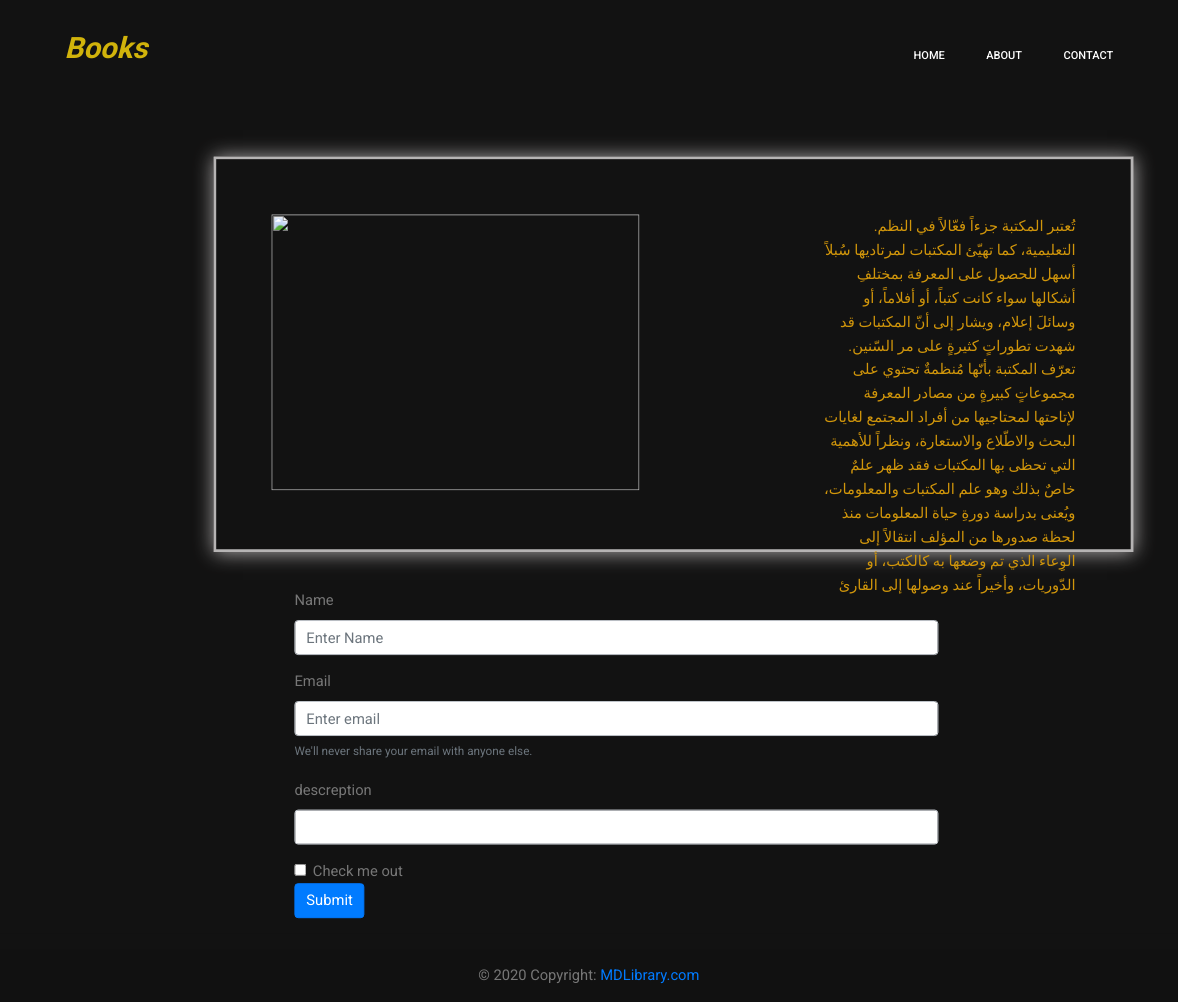
Repository: AlaaBashirSaijary/Library
Page: http://localhost/home
The author's editor kept a copy of each file at every save. The page is drawn from the files as they stood at one save, then again after the next save.
The browser window is 1280 px wide. The pictures show the whole page, at 92% of full size.
Some web fonts or font styles are not loaded; a fallback is used. The page is served by the project's Laravel application, run on PHP 8.4 with Laravel 10. Other server files are loaded and not shown.

Above is the page before, as saved 2023-12-26 11:17:16.

### routes/web.php
<?php

use Illuminate\Support\Facades\Route;
use App\Http\Controllers\CategoryController;
/*
|--------------------------------------------------------------------------
| Web Routes
|--------------------------------------------------------------------------
|
| Here is where you can register web routes for your application. These
| routes are loaded by the RouteServiceProvider and all of them will
| be assigned to the "web" middleware group. Make something great!
|
*/

Route::get('/', function () {
    return view('welcome');
});
Route::get('/home', function () {
    return view('pages.home');
});


Route::get(
    '/cat',
    [CategoryController::class, 'index']
);

### resources/views/pages/home.blade.php
@extends("master.app")

@section("content")
<br><br><br><br><br>
<section style=" padding: 40px; margin-left: 15%; " >
    <div style="border: rgb(182, 180, 180) solid; width: 1000px; height: 430px; display: flex; padding: 60px;  box-shadow: 1px 1px 20px rgb(171, 168, 168);">
      <img src="/Responsive-Portfolio-master/img/janko-ferlic-sfL_QOnmy00-unsplash.jpg" alt=""  height = "300px" width="400px" >
       <div style="height: 200px; width: 300px; margin-left: 200px; text-align: right;">
          <p style="color: rgb(209, 150, 11);" >.تُعتبر المكتبة جزءاً فعّالاً في النظم التعليمية، كما تهيّئ المكتبات لمرتاديها سُبلاً أسهل للحصول على المعرفة بمختلفِ أشكالها سواء كانت كتباً، أو أفلاماً، أو وسائلَ إعلام، ويشار إلى أنّ المكتبات قد شهدت تطوراتٍ كثيرةٍ على مر السّنين. تعرّف المكتبة بأنّها مُنظمةٌ تحتوي على مجموعاتٍ كبيرةٍ من مصادر المعرفة لإتاحتها لمحتاجيها من أفراد المجتمع لغايات البحث والاطّلاع والاستعارة، ونظراً للأهمية التي تحظى بها المكتبات فقد ظهر علمٌ خاصٌ بذلك وهو علم المكتبات والمعلومات، ويُعنى بدراسة دورةِ حياة المعلومات منذ لحظة صدورها من المؤلف انتقالاً إلى الوِعاء الذي تم وضعها به كالكتب، أو الدّوريات، وأخيراً عند وصولها إلى القارئ</p>

        </div>
    </div>
</section>


<!--================Testimonials Area =================-->

<!--================End Testimonials Area =================-->

<div id="b"></div>
<form style="width: 700px; margin-left: 25%;">

    <div class="form-group">
      <label for="exampleInputPassword1">Name</label>
      <input type="text" class="form-control" id="exampleInputPassword1" placeholder="Enter Name">
    </div>
    <div class="form-group">
        <label for="exampleInputEmail1">Email</label>
        <input type="email" class="form-control" id="exampleInputEmail1" aria-describedby="emailHelp" placeholder="Enter email">
        <small id="emailHelp" class="form-text text-muted">We'll never share your email with anyone else.</small>
      </div>
      <div class="form-group">
        <label for="exampleInputPassword1">descreption</label>
        <input type="text" class="form-control" id="exampleInputPassword1" placeholder="">
      </div>
    <div class="form-check">
      <input type="checkbox" class="form-check-input" id="exampleCheck1">
      <label class="form-check-label" for="exampleCheck1">Check me out</label>
    </div>

    <button type="submit" class="btn btn-primary">Submit</button>
  </form>


<hr>

@endsection

### resources/views/master/app.blade.php
<!doctype html>
<html lang="en">
    <head>


		<!-- Global site tag (gtag.js) - Google Analytics -->
	<script async src="https://www.googletagmanager.com/gtag/js?id=UA-171620673-1"></script>
	<script>
 	 window.dataLayer = window.dataLayer || [];
 	 function gtag(){dataLayer.push(arguments);}
 	 gtag('js', new Date());

 	 gtag('config', 'UA-171620673-1');
	</script>

        <!-- Required meta tags -->
        <meta charset="utf-8">
        <meta name="viewport" content="width=device-width, initial-scale=1, shrink-to-fit=no">
        <link rel="icon" href="img/favicon.png" type="image/png">
        <title>books</title>

		<meta name="description" content="Hemant Joshi A Full Stack Developer Who Loves To Build With JavaScript">
		<meta property="og:title" content="About Hemant Joshi"/>
		<meta property="og:url" content="https://hemant.codes/" />
		<meta property="og:description" content="About Hemant Joshi A Full Stack Web Developer">
		<meta property="og:image" content="/image.png"/>
		<meta property="og:type" content=”Portfolio” />

        <link rel="stylesheet" href="css/bootstrap.css">
        <link rel="stylesheet" href="vendors/linericon/style.css">
        <link rel="stylesheet" href="css/font-awesome.min.css">
        <link rel="stylesheet" href="vendors/owl-carousel/owl.carousel.min.css">
        <link rel="stylesheet" href="vendors/lightbox/simpleLightbox.css">
        <link rel="stylesheet" href="vendors/nice-select/css/nice-select.css">
        <link rel="stylesheet" href="vendors/animate-css/animate.css">
        <link rel="stylesheet" href="vendors/popup/magnific-popup.css">
        <link rel="stylesheet" href="css/style.css">
        <link rel="stylesheet" type="text/css" href="css/fonts.css">
		<link rel="stylesheet" href="css/responsive.css">

    </head>
    <body>

        <!--================Header Menu Area =================-->

        <!--================Header Menu Area =================-->


        @include("master.header")
        @yield("content")
        @include("master.footer")
		<!--================start footer =================-->


        	<!--================end footer =================-->



        <!-- Optional JavaScript -->
        <!-- jQuery first, then Popper.js, then Bootstrap JS -->
        <script src='{{ asset("js/jquery-3.3.1.min.js") }}'></script>
        <script src='{{ asset("js/popper.js") }}'></script>
        <script src='{{ asset("js/bootstrap.min.js") }}'></script>
        <script src='{{ asset("js/stellar.js") }}'></script>
        <script src='{{ asset("vendors/lightbox/simpleLightbox.min.js") }}'></script>
        <script src='{{ asset("vendors/nice-select/js/jquery.nice-select.min.js") }}'></script>
        <script src='{{ asset("vendors/isotope/imagesloaded.pkgd.min.js") }}'></script>
        <script src='{{ asset("vendors/isotope/isotope.pkgd.min.js") }}'></script>
        <script src='{{ asset("vendors/owl-carousel/owl.carousel.min.js") }}'></script>
        <script src='{{ asset("vendors/popup/jquery.magnific-popup.min.js") }}'></script>
        <!-- <script src="js/jquery.ajaxchimp.min.js"></script> -->
        <!-- <script src="vendors/counter-up/jquery.waypoints.min.js"></script>
        <script src="vendors/counter-up/jquery.counterup.min.js"></script> -->
        <!-- <script src="js/mail-script.js"></script> -->
        <script src="js/theme.js"></script>
    </body>
</html>

### resources/views/master/header.blade.php
<header class="header_area">
    <div class="main_menu">
        <nav class="navbar navbar-expand-lg navbar-light">
            <div class="container box_1620">
                <!-- Brand and toggle get grouped for better mobile display -->
                <p style="font-size:xx-large; color: rgb(209, 179, 11); font-weight: bolder;"><i>Books</i></p>
                <button class="navbar-toggler" type="button" data-toggle="collapse" data-target="#navbarSupportedContent" aria-controls="navbarSupportedContent" aria-expanded="false" aria-label="Toggle navigation">
                    <span class="icon-bar"></span>
                    <span class="icon-bar"></span>
                    <span class="icon-bar"></span>
                </button>
                <!-- Collect the nav links, forms, and other content for toggling -->
                <div class="collapse navbar-collapse offset" id="navbarSupportedContent">
                    <ul class="nav navbar-nav menu_nav ml-auto">
                        <li class="nav-item active"><a class="nav-link" href="#">Home</a></li>
                        <li class="nav-item"><a class="nav-link" href="#a">About</a></li>
                        <li class="nav-item"><a class="nav-link" href="#b">Contact</a></li>
                    </ul>
                </div>
            </div>
        </nav>
    </div>
</header>

### resources/views/master/footer.blade.php
<footer>
    <div class="text-center p-3" style="background-color: rgba(0, 0, 0, 0.05);">
        © 2020 Copyright:
        <a class="text-reset fw-bold" href="https://mdbootstrap.com/">MDLibrary.com</a>
      </div>
</footer>

### public/css/responsive.css
@media (max-width:1619px){
	/* Main Menu Area css
	============================================================================================ */
   .header_area .navbar .search {
		margin-left: 40px;
	}
	/* End Main Menu Area css
	============================================================================================ */
	.banner_area .box_1620 {
		border-radius: 0px;
	}
}
@media (max-width:1300px){
	.testimonials_area .owl-prev, .testimonials_area .owl-next {
		right: auto;
		left: 50%;
		transform: translateX(-50%);
		bottom: 25px;
		top: auto;
	}
	.testimonials_area .owl-prev{
		transform: rotate(90deg);
	}
	.testimonials_area .owl-next{
		transform: rotate(90deg);
		margin-left: -40px;
	}
}
@media (max-width:1199px){
	/* Main Menu Area css
	============================================================================================ */
	.header_area .navbar .nav .nav-item {
		margin-right: 28px;
	}
	/* End Main Menu Area css
	============================================================================================ */
	/* Home Banner Area css
	============================================================================================ */
	.home_banner_area {
		min-height: 728px;
		margin-bottom: 120px;
	}
	.home_banner_area .banner_inner {
		min-height: 650px;
	}
	.header_area .navbar .nav .nav-item.submenu ul {
		left: auto;
		right: 0px;
	}
	/* End Home Banner Area css
	============================================================================================ */
	.banner_content .media{
		display: block;
	}
	.home_banner_area .banner_content{
		max-width: 500px;
		margin: auto;
	}
	.home_banner_area .banner_inner .banner_content .media .d-flex {
		padding-right: 0px;
		display: block;
		width: 100%;
	}
	.home_banner_area .banner_inner .banner_content .media .d-flex img {
		width: 100%;
		height: 100%;
	}
	.home_banner_area .banner_inner .banner_content .media .media-body {
		margin-top: 30px;
	}
	.home_banner_area .box_1620 {
		bottom: -130px;
	}
	.profile_inner .personal_text {
		padding-left: 0px;
	}
	.home_banner_area.blog_banner .banner_inner{
		min-height: 728px;
	}
	.home_banner_area.blog_banner {
		margin-bottom: 0px;
	}
}

@media (max-width:991px){
	/* Main Menu Area css
	============================================================================================ */
    .navbar-toggler {
        border: none;
        border-radius: 0px;
        padding: 0px;
        cursor: pointer;
        margin-top: 27px;
        margin-bottom: 23px;
    }
	.header_area .navbar {
		background: #000;
	}
    .navbar-toggler[aria-expanded="false"] span:nth-child(2) {
		opacity: 1;
	}
	.navbar-toggler[aria-expanded="true"] span:nth-child(2) {
		opacity: 0;
	}
	.navbar-toggler[aria-expanded="true"] span:first-child {
		transform: rotate(-45deg);
		position: relative;
		top: 7.5px;
	}
	.navbar-toggler[aria-expanded="true"] span:last-child {
		transform: rotate(45deg);
		bottom: 6px;
		position: relative;
	}
	.navbar-toggler span{
		display: block;
		width: 25px;
		height: 3px;
		background: #fff;
		margin: auto;
		margin-bottom: 4px;
		transition: all 400ms linear;
		cursor: pointer;
	}
    .navbar .container{
        padding-left: 15px;
        padding-right: 15px;
    }
    .nav{
        padding: 0px 0px;
    }
	.header_area + section, .header_area + row, .header_area + div {
		margin-top: 117px;
	}
    .header_top .nav{
        padding: 0px;
    }
    .header_area .navbar .nav .nav-item .nav-link{
        line-height: 40px;
        margin-right: 0px;
        display: block;
		border-bottom: 1px solid #ededed33;
		border-radius: 0px;
    }
	.header_area.navbar_fixed .main_menu .navbar .nav .nav-item .nav-link {
		line-height: 40px;
	}
    .header_area .navbar .search{
        margin-left: 0px;
    }
	.header_area .navbar-collapse{
		max-height: 340px;
		overflow-y: scroll;
	}
	.header_area .navbar .nav .nav-item.submenu ul .nav-item .nav-link {
		padding: 0px 15px;
	}
	.header_area .navbar .nav .nav-item {
		margin-right: 0px;
	}
	.header_area + section, .header_area + row, .header_area + div {
		margin-top: 0px;
	}
	/* End Main Menu Area css
	============================================================================================ */
	/* Blog page Area css
	============================================================================================ */
	.categories_post img{
        width: 100%;
    }
	.categories_post {
		max-width: 360px;
		margin: 0 auto;
	}
	.blog_categorie_area .col-lg-4{
        margin-top: 30px;
    }
    .blog_area{
        padding-bottom: 80px;
    }
    .single-post-area .blog_right_sidebar{
        margin-top: 30px;
    }
	/* End Blog page Area css
	============================================================================================ */

	/* Contact Page Area css
	============================================================================================ */
	.contact_info{
		margin-bottom: 50px;
	}
	.c_details_list{
		margin-top: 30px;
	}
	/* End Contact page Area css
	============================================================================================ */
	.home_banner_area .donation_inner{
		margin-bottom: -30px;
	}
	.home_banner_area .dontation_item{
		max-width: 350px;
		margin: auto;
	}
	/* Footer Area css
	============================================================================================ */
	.footer-area .col-sm-6{
		margin-bottom: 30px;
	}
	.footer_area .f_widget{
		margin-bottom: 30px;
	}
	.footer_area .footer_inner{
		margin-bottom: -30px;
	}
	/* End End Footer Area css
	============================================================================================ */
	.welcome_text{
		margin-bottom: 30px;
	}
	.banner_area .box_1620 {
		bottom: -71px;
	}
	.banner_area {
		margin-bottom: 71px;
	}
	.profile_inner .personal_text {
		padding-top: 30px;
	}
}
@media (max-width:767px){
	.home_banner_area {
		min-height: 570px;
		margin-bottom: 120px;
	}
	.home_banner_area .banner_inner {
		min-height: 500px;
	}
	.home_banner_area .box_1620 {
		min-height: 500px;
	}
	.home_banner_area .banner_inner .banner_content {
		margin-top: 0px;
	}
	/* Blog Page Area css
	============================================================================================ */
    .blog_banner .banner_inner .blog_b_text h2 {
		font-size: 40px;
		line-height: 50px;
	}
	.blog_info.text-right{
		text-align: left !important;
		margin-bottom: 10px;
	}
	/* End Blog Page Area css
	============================================================================================ */
	.home_banner_area .banner_inner .banner_content h3 {
		font-size: 45px;
		line-height: 55px;
	}
	.home_banner_area .banner_inner .banner_content p br {
		display: none;
	}
	.home_banner_area .banner_inner .banner_content h3 span {
		line-height: 45px;
		padding-bottom: 0px;
		padding-top: 0px;
	}
	/* Footer Area css
	============================================================================================ */
	.footer-bottom{
		text-align: center;
	}
	.footer-bottom .footer-social {
		text-align: center;
		margin-top: 15px;
	}
	/* End End Footer Area css
	============================================================================================ */
	.service_inner .col-lg-3 {
		margin-bottom: 0px;
	}
	.service_img{
		max-width: 405px;
		margin: auto;
	}
	.service_inner .service_text {
		padding-top: 30px;
		padding-bottom: 30px;
		max-width: 405px;
		margin: 0px auto 0px;
	}
	.instagram_image a {
		flex: 0 0 33.33%;
		max-width: 33.33%;
	}
	.wel_item {
		margin-bottom: 30px;
	}
}
@media (max-width:600px){

}
@media (max-width:575px){
	.top_menu {
		display: none;
	}
	.header_area + section, .header_area + row, .header_area + div {
		margin-top: 0px;
	}
    /* Home Banner Area css
	============================================================================================ */
	.home_banner_area .banner_inner .banner_content h2 {
		font-size: 28px;
	}
	.home_banner_area {
		min-height: 570px;
	}
	.home_banner_area .banner_inner {
		min-height: 500px;
	}
	.blog_banner .banner_inner .blog_b_text {
		margin-top: 0px;
	}
	.home_banner_area .banner_inner .banner_content h5 {
		margin-top: 0px;
	}
	/* End Home Banner Area css
	============================================================================================ */
	.p_120 {
		padding-top: 70px;
		padding-bottom: 70px;
	}
	.main_title h2 {
		font-size: 25px;
	}
	/* Elements Area css
	============================================================================================ */
	.sample-text-area {
		padding: 70px 0 70px 0;
	}
	.generic-blockquote {
		padding: 30px 15px 30px 30px;
	}
	/* End Elements Area css
	============================================================================================ */

	/* Blog Page Area css
	============================================================================================ */
	.blog_details h2 {
		font-size: 20px;
		line-height: 30px;
	}
	.blog_banner .banner_inner .blog_b_text h2 {
		font-size: 28px;
		line-height: 38px;
	}
	/* End Blog Page Area css
	============================================================================================ */
	/* Footer Area css
	============================================================================================ */
	.footer-area {
		padding: 70px 0px;
	}
	/* End End Footer Area css
	============================================================================================ */
	.pad_top {
		padding-top: 70px;
	}
	.pad_bt {
		padding-bottom: 70px;
	}
	.home_banner_area .box_1620 {
		bottom: -71px;
		border-radius: 0px;
	}
	.home_banner_area {
		margin-bottom: 71px;
	}
	.tabs_inner .nav.nav-tabs li a {
		line-height: 42px;
		padding: 0px 18px;
	}
	.gallery_f_inner{
		max-width: 340px;
		margin: 0px auto -45px;
	}
	.blog_categorie_area {
		padding-top: 70px;
		padding-bottom: 70px;
	}
}

@media (max-width:480px){
	/* Main Menu Area css
	============================================================================================ */
	.header_area .navbar-collapse{
		max-height: 250px;
	}
	/* End Main Menu Area css
	============================================================================================ */

	/* Home Banner Area css
	============================================================================================ */
    .home_banner_area .banner_inner .banner_content {
		padding: 30px 15px;
		margin-top: 0px;
	}
	.banner_content .white_btn {
		display: block;
	}
	/* End Home Banner Area css
	============================================================================================ */
	.banner_area .banner_inner .banner_content h2 {
		font-size: 32px;
	}
	/* Blog Page Area css
	============================================================================================ */
	.comments-area .thumb {
		margin-right: 10px;
	}
	/* End Blog Page Area css
	============================================================================================ */
	.tabs_inner .tab-content .tab-pane .list::before {
		display: none;
	}
	.tabs_inner .tab-content .tab-pane .list li .media .d-flex {
		padding-right: 0px;
		padding-bottom: 18px;
	}
	.tabs_inner .tab-content .tab-pane .list li .media {
		display: block;
	}
	.tabs_inner .tab-content .tab-pane .list li span {
		display: none;
	}
	.tabs_inner .nav.nav-tabs {
		margin-bottom: 0px;
	}
	.isotope_fillter .gallery_filter li {
		margin-right: 17px;
	}
}

Loaded but not shown: public/css/bootstrap.css (library); public/vendors/linericon/style.css (library); public/css/font-awesome.min.css (library); public/vendors/owl-carousel/owl.carousel.min.css (common file); public/vendors/lightbox/simpleLightbox.css (library); public/vendors/nice-select/css/nice-select.css (library); public/vendors/animate-css/animate.css (library); public/vendors/popup/magnific-popup.css (library); public/css/fonts.css (common file); public/js/jquery-3.3.1.min.js (library); public/js/popper.js (library); public/js/bootstrap.min.js (library); public/js/stellar.js (library); public/vendors/lightbox/simpleLightbox.min.js (library); public/vendors/nice-select/js/jquery.nice-select.min.js (common file); public/vendors/isotope/imagesloaded.pkgd.min.js (library); public/vendors/isotope/isotope.pkgd.min.js (library); public/vendors/owl-carousel/owl.carousel.min.js (library); public/vendors/popup/jquery.magnific-popup.min.js (library); public/js/theme.js (419 lines, source omitted); public/css/style.css (3278 lines, source omitted)

After the next save:
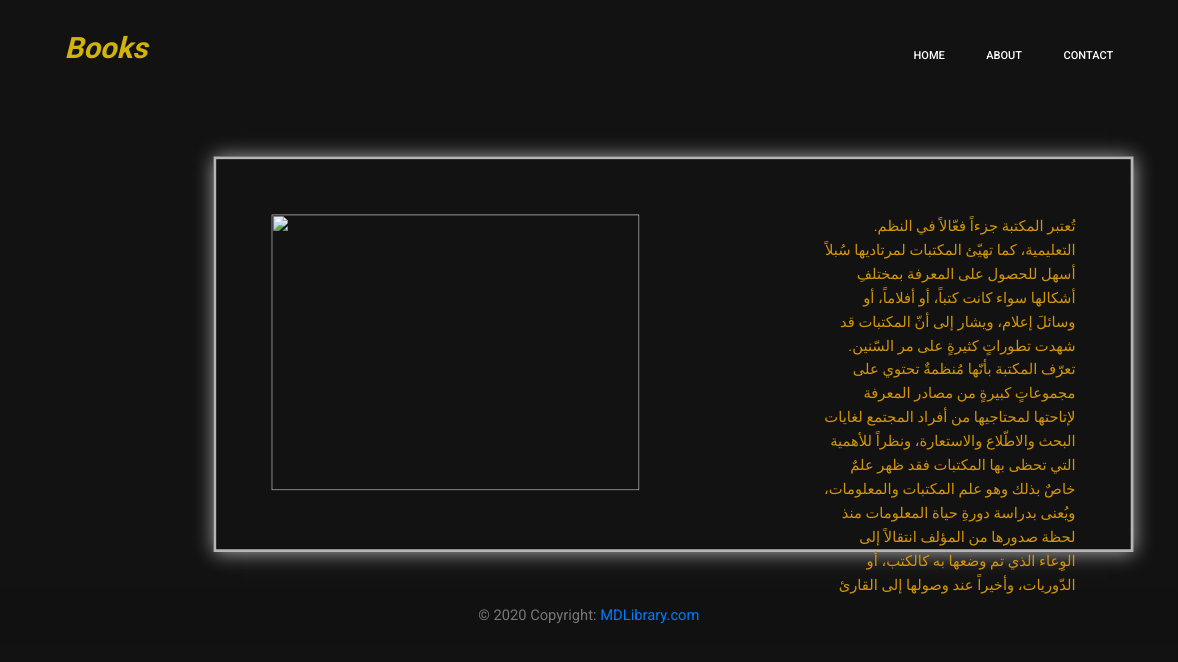
Saved 11 s later.
--- a/resources/views/pages/home.blade.php
+++ b/resources/views/pages/home.blade.php
@@ -17,31 +17,6 @@
 
 <!--================End Testimonials Area =================-->
 
-<div id="b"></div>
-<form style="width: 700px; margin-left: 25%;">
-
-    <div class="form-group">
-      <label for="exampleInputPassword1">Name</label>
-      <input type="text" class="form-control" id="exampleInputPassword1" placeholder="Enter Name">
-    </div>
-    <div class="form-group">
-        <label for="exampleInputEmail1">Email</label>
-        <input type="email" class="form-control" id="exampleInputEmail1" aria-describedby="emailHelp" placeholder="Enter email">
-        <small id="emailHelp" class="form-text text-muted">We'll never share your email with anyone else.</small>
-      </div>
-      <div class="form-group">
-        <label for="exampleInputPassword1">descreption</label>
-        <input type="text" class="form-control" id="exampleInputPassword1" placeholder="">
-      </div>
-    <div class="form-check">
-      <input type="checkbox" class="form-check-input" id="exampleCheck1">
-      <label class="form-check-label" for="exampleCheck1">Check me out</label>
-    </div>
-
-    <button type="submit" class="btn btn-primary">Submit</button>
-  </form>
 
 
-<hr>
-
 @endsection
